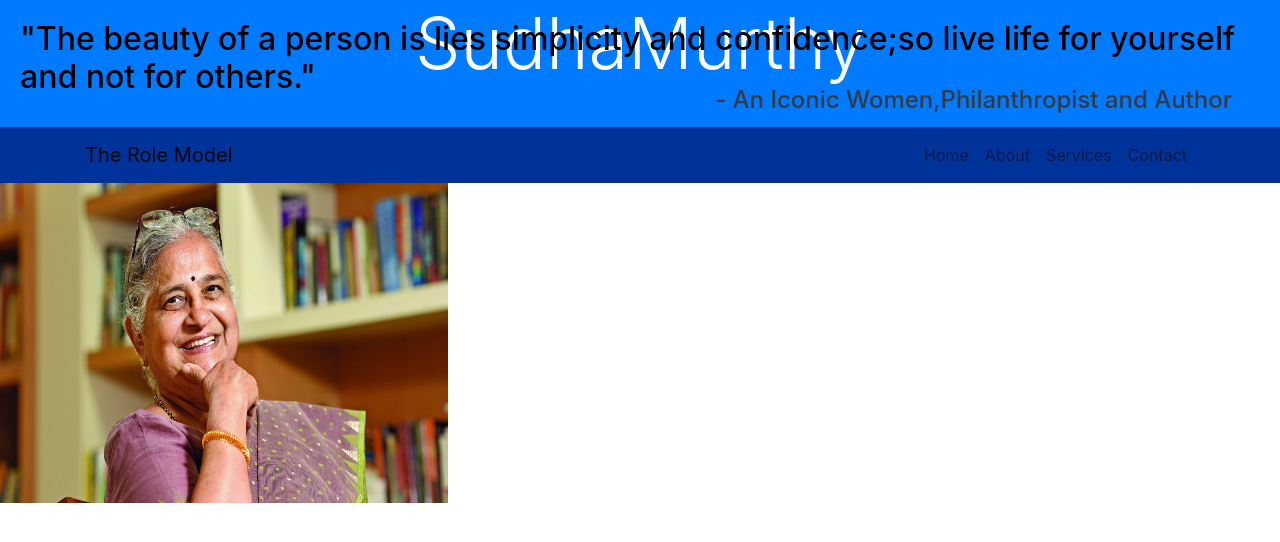
Repository: sumanthr18/RoleModel
Page: index.html
An editor plug-in stored every save of this project. The page is shown before and after the next save, followed by the edit.
The browser window is 1280 px wide. The pictures show the whole page.

Above is the page before, as saved 2020-03-14 16:55:31.

### index.html
<!DOCTYPE html>
<html lang="en">
<head>
    <meta charset="UTF-8">
    <meta name="viewport" content="width=device-width, initial-scale=1.0">
    <title>SudhaMurthy</title>
    <link rel="stylesheet" href="https://stackpath.bootstrapcdn.com/bootstrap/4.4.1/css/bootstrap.min.css" integrity="sha384-Vkoo8x4CGsO3+Hhxv8T/Q5PaXtkKtu6ug5TOeNV6gBiFeWPGFN9MuhOf23Q9Ifjh" crossorigin="anonymous">
</head>
<body>
    <header class="bg-primary pb-1">
        <h1 class="display-3 text-center my-0 text-white ">SudhaMurthy</h1>
        <h4 class="text-right mr-5 text-dark">- An Iconic Women,Philanthropist and Author</h4>
    </header>
    <nav style="background-color: #003399;" class="navbar navbar-expand-sm navbar-light mb-0">
        <div class="container">
            <a class="navbar-brand " href="#">The Role Model</a>
            <button class="navbar-toggler" data-toggle="collapse" data-target="#navbarNav">
                <span class="navbar-toggler-icon"></span>
            </button>
            <div class="collapse navbar-collapse" id="navbarNav">
                <ul class="navbar-nav ml-auto">
                    <li class="nav-item">
                        <a class="nav-link" href="#">Home</a>
                    </li>
                    <li class="nav-item">
                        <a class="nav-link" href="#">About</a>
                    </li>
                    <li class="nav-item">
                        <a class="nav-link" href="#">Services</a>
                    </li>
                    <li class="nav-item">
                        <a class="nav-link" href="#">Contact</a>
                    </li>
                </ul>
            </div>
        </div>
    </nav>
    <div>
        <img style="width:35%;height:320px" src="Sudha_Murty_1-update.jpg">
        <div class="card-img-overlay">
            <h2 style="color: black;" class="card-text">"The beauty of a person is lies simplicity and confidence;so live life for yourself and not for others."</h2>
        </div>
    </div>
</body>
</html>

After the next save:
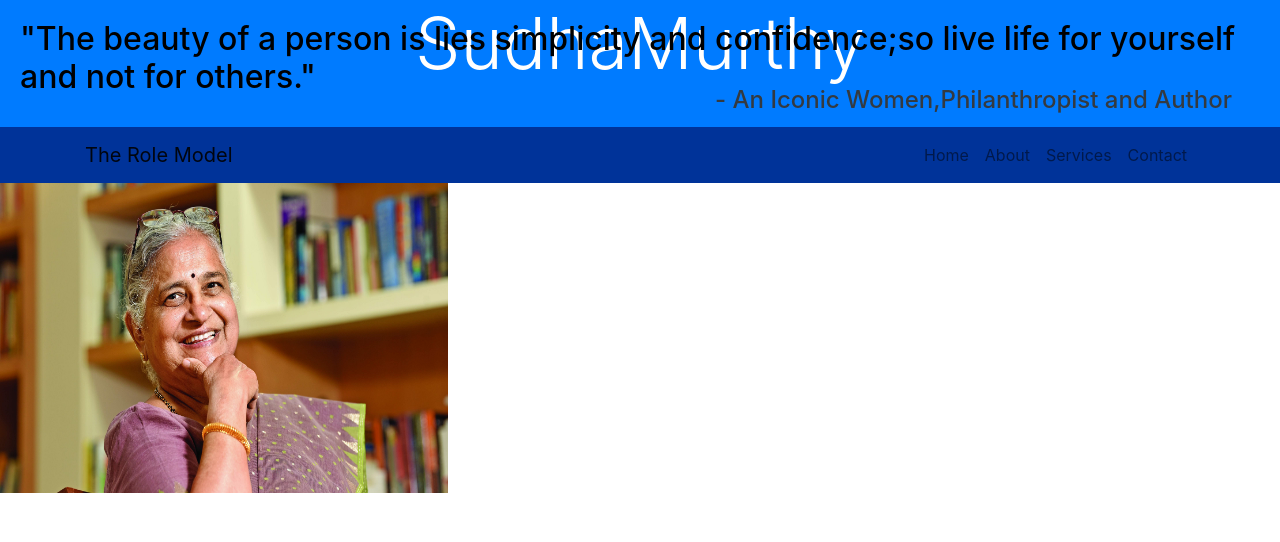
Saved 5 s later.
--- a/index.html
+++ b/index.html
@@ -36,7 +36,7 @@
         </div>
     </nav>
     <div>
-        <img style="width:35%;height:320px" src="Sudha_Murty_1-update.jpg">
+        <img style="width:35%;height:310px" src="Sudha_Murty_1-update.jpg">
         <div class="card-img-overlay">
             <h2 style="color: black;" class="card-text">"The beauty of a person is lies simplicity and confidence;so live life for yourself and not for others."</h2>
         </div>
